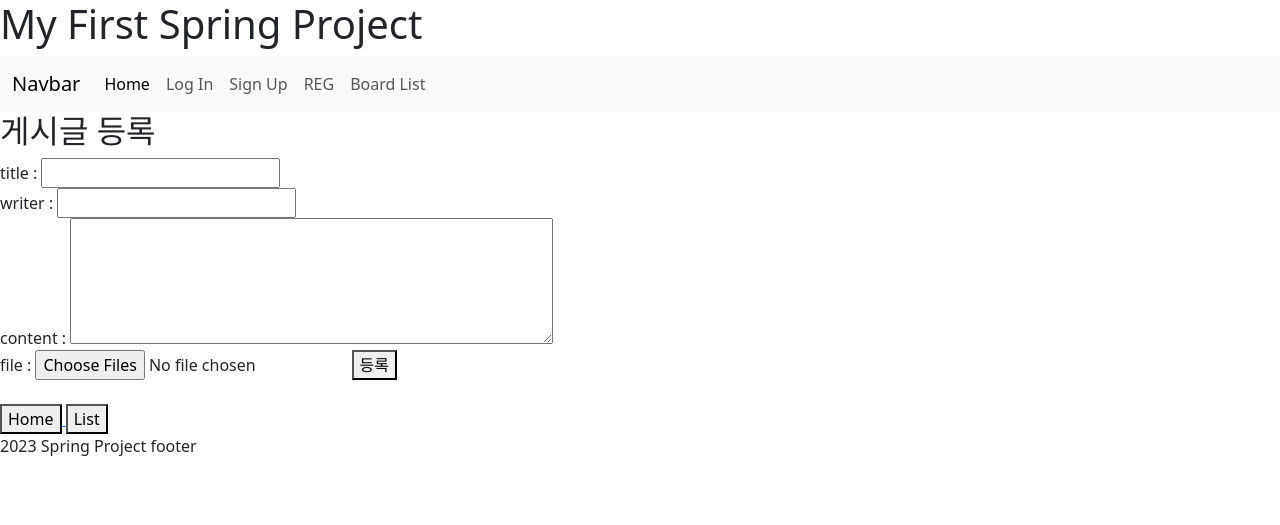
Repository: halsooitda/spring-xml
Page: http://localhost/spring-Test/WEB-INF/views/board/register.jsp
An editor plug-in stored every save of this project. The page is shown before and after the next save, followed by the edit.
The browser window is 1280 px wide. The pictures show the whole page.
The page is served by Tomcat 9. Nobody is signed in. Other server files are loaded and not shown. The template is opened directly, without the code that normally fills it, so the values that code supplies are empty.

Above is the page before, as saved 2023-10-12 07:53:43.

### spring-Test/src/main/webapp/WEB-INF/views/board/register.jsp
<%@ page language="java" contentType="text/html; charset=UTF-8"
    pageEncoding="UTF-8"%>
<%@ taglib uri="http://java.sun.com/jsp/jstl/core" prefix="c" %>
<!DOCTYPE html>
<html>
<head>
<meta charset="UTF-8">
<title>Insert title here</title>
</head>
<body>
<jsp:include page="../layout/header.jsp"></jsp:include>
<h2> 게시글 등록 </h2>
<!-- mapping 상태는 get / post가 별도의 mapping을 가짐 -->
<form action="/board/register" method="post">
	title : <input type="text" name="title"> <br>
	writer : <input type="text" name="writer" value="${ses.id }" readonly="readonly"> <br>
	content : <textarea rows="5" cols="50" name="content"></textarea> <br>
	file : <input type="file" id="file" name="files" multiple="multiple">
							 <!-- multiple:한번에 여러개의 파일을 등록할 때 사용 -->
	<button type="submit">등록</button>
</form>
<br>
<a href="/">
	<button type="button">Home</button>
</a>
<a href="/board/list">
	<button type="button">List</button>
</a>


<jsp:include page="../layout/footer.jsp"></jsp:include>
</body>
</html>

### spring-Test/src/main/webapp/WEB-INF/views/layout/header.jsp
<%@ page language="java" contentType="text/html; charset=UTF-8"
    pageEncoding="UTF-8"%>
<%@ taglib uri="http://java.sun.com/jsp/jstl/core" prefix="c" %>
<!DOCTYPE html>
<html>
<head>
<meta charset="UTF-8">
<title>Insert title here</title>
<link href="https://cdn.jsdelivr.net/npm/bootstrap@5.3.1/dist/css/bootstrap.min.css" rel="stylesheet" integrity="sha384-4bw+/aepP/YC94hEpVNVgiZdgIC5+VKNBQNGCHeKRQN+PtmoHDEXuppvnDJzQIu9" crossorigin="anonymous">
<script src="https://cdn.jsdelivr.net/npm/bootstrap@5.3.1/dist/js/bootstrap.bundle.min.js" integrity="sha384-HwwvtgBNo3bZJJLYd8oVXjrBZt8cqVSpeBNS5n7C8IVInixGAoxmnlMuBnhbgrkm" crossorigin="anonymous"></script>
</head>
<body>
<h1> My First Spring Project </h1>

<nav class="navbar navbar-expand-lg bg-body-tertiary">
  <div class="container-fluid">
    <a class="navbar-brand" href="#">Navbar</a>
    <button class="navbar-toggler" type="button" data-bs-toggle="collapse" data-bs-target="#navbarSupportedContent" aria-controls="navbarSupportedContent" aria-expanded="false" aria-label="Toggle navigation">
      <span class="navbar-toggler-icon"></span>
    </button>
    <div class="collapse navbar-collapse" id="navbarSupportedContent">
      <ul class="navbar-nav me-auto mb-2 mb-lg-0">
        <li class="nav-item">
          <a class="nav-link active" aria-current="page" href="/">Home</a>
        </li>

        <c:if test="${ses.id eq null }">
        <li class="nav-item">
          <a class="nav-link" href="/member/login">Log In</a>
        </li>
        </c:if>

        <c:if test="${ses.id ne null }">
        <li class="nav-item">
          <a class="nav-link" href="/member/logout">Log Out</a>
        </li>
        </c:if>

        <c:if test="${ses.id eq null }">
        <li class="nav-item">
          <a class="nav-link" href="/member/signup">Sign Up</a>
        </li>
		</c:if>

        <li class="nav-item">
          <a class="nav-link" href="/board/register">REG</a>
        </li>

        <li class="nav-item">
          <a class="nav-link" href="/board/list">Board List</a>
        </li>
        <li class="nav-item">
          <c:if test="${ses.id ne null }">
          <a class="nav-link" href="/member/modify">
		  <b>${ses.name }(${ses.email })</b>님 로그인 하였습니다.
          </a>
		  </c:if>
        </li>
<!--         <li class="nav-item dropdown">
          <a class="nav-link dropdown-toggle" href="#" role="button" data-bs-toggle="dropdown" aria-expanded="false">
            Dropdown
          </a>
          <ul class="dropdown-menu">
            <li><a class="dropdown-item" href="#">Action</a></li>
            <li><a class="dropdown-item" href="#">Another action</a></li>
            <li><hr class="dropdown-divider"></li>
            <li><a class="dropdown-item" href="#">Something else here</a></li>
          </ul>
        </li>
        <li class="nav-item">
          <a class="nav-link disabled" aria-disabled="true">Disabled</a>
        </li> -->
      </ul>
<!--       <form class="d-flex" role="search">
        <input class="form-control me-2" type="search" placeholder="Search" aria-label="Search">
        <button class="btn btn-outline-success" type="submit">Search</button>
      </form> -->
    </div>
  </div>
</nav>

### spring-Test/src/main/webapp/WEB-INF/views/layout/footer.jsp
<%@ page language="java" contentType="text/html; charset=UTF-8"
    pageEncoding="UTF-8"%>

<div>
	2023 Spring Project footer
</div>
</body>
</html>

After the next save:
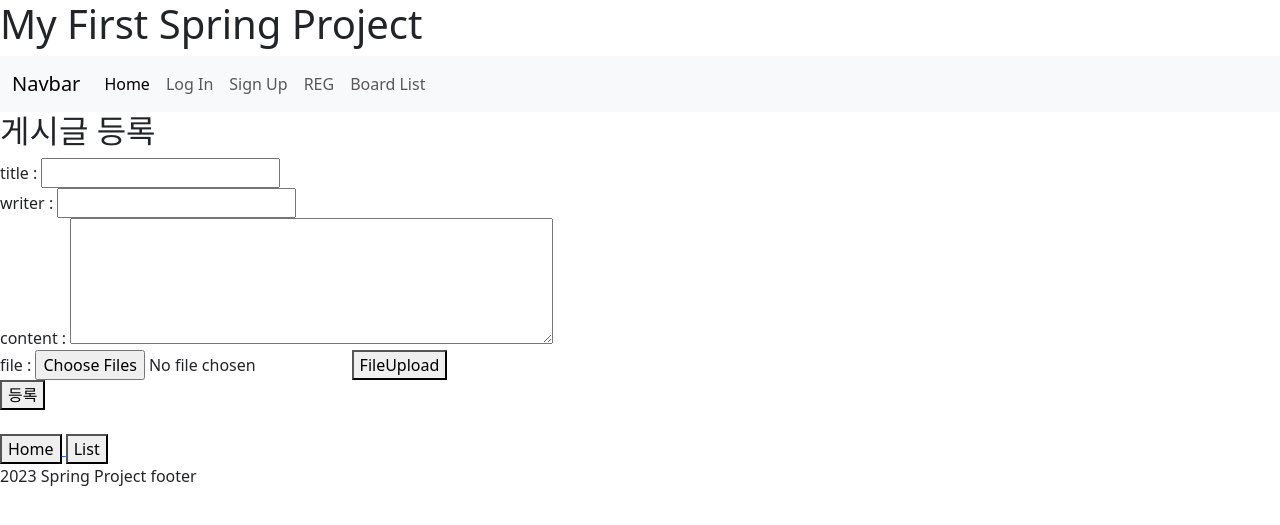
Saved 2 min 4 s later.
--- a/spring-Test/src/main/webapp/WEB-INF/views/board/register.jsp
+++ b/spring-Test/src/main/webapp/WEB-INF/views/board/register.jsp
@@ -17,6 +17,7 @@
 	content : <textarea rows="5" cols="50" name="content"></textarea> <br>
 	file : <input type="file" id="file" name="files" multiple="multiple">
 							 <!-- multiple:한번에 여러개의 파일을 등록할 때 사용 -->
+	<button type="button">FileUpload</button> <br>
 	<button type="submit">등록</button>
 </form>
 <br>
